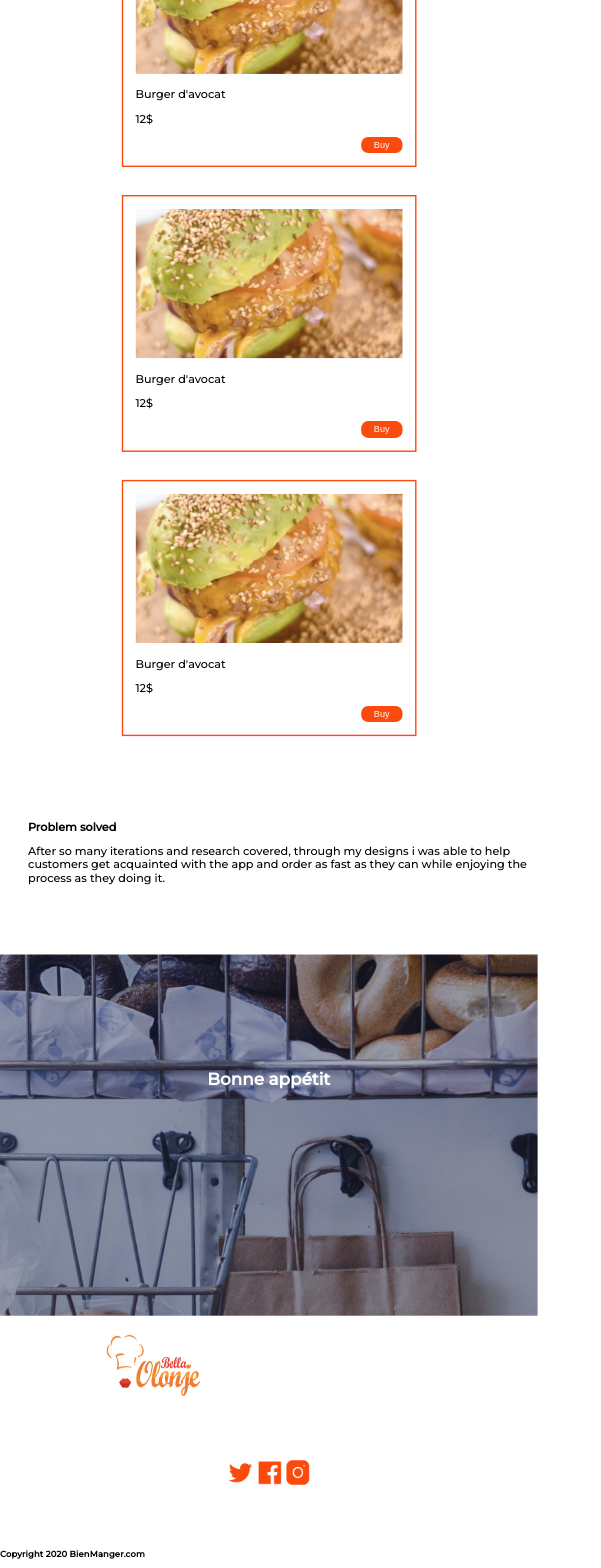
Repository: Ahlam-belhadj/bella-olange
Page: index.html
An editor plug-in stored every save of this project. The page is shown before and after a run of saves, followed by the edit.
The browser window is 768 px wide. The page is 858 px wide, so the pictures cover 858 px, including what lies to the right of the window. The pictures show the part of the page from y = 4002 to 6242 px (the page is 6242 px tall), at 70% of full size.

Above is the page before, as saved 2023-02-12 00:42:56.

After the next 4 saves:
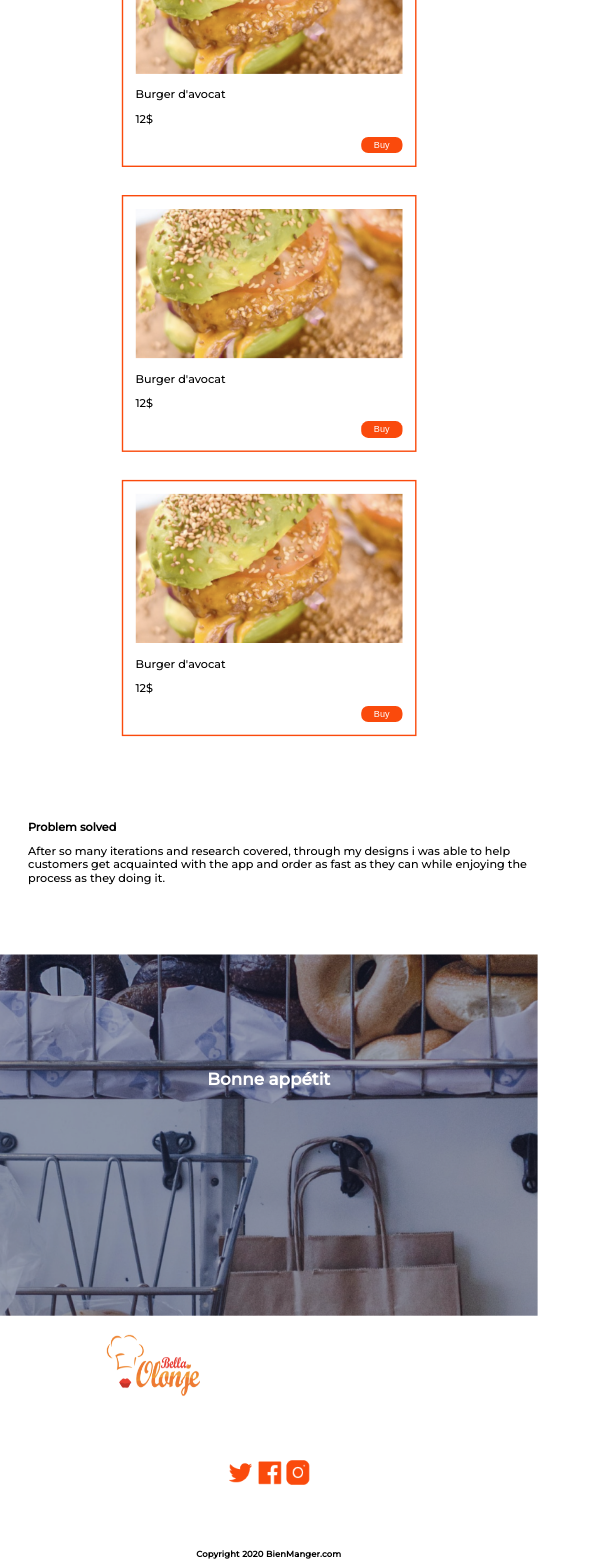
The 4 saves are shown as one change because they came seconds apart.
The last was saved 25 s later.
--- a/style.css
+++ b/style.css
@@ -288,6 +288,9 @@ strong {
         width: 105%;
     }
 
-
-
-}
+    .copy{
+        text-align: center;
+    }
+
+
+}
